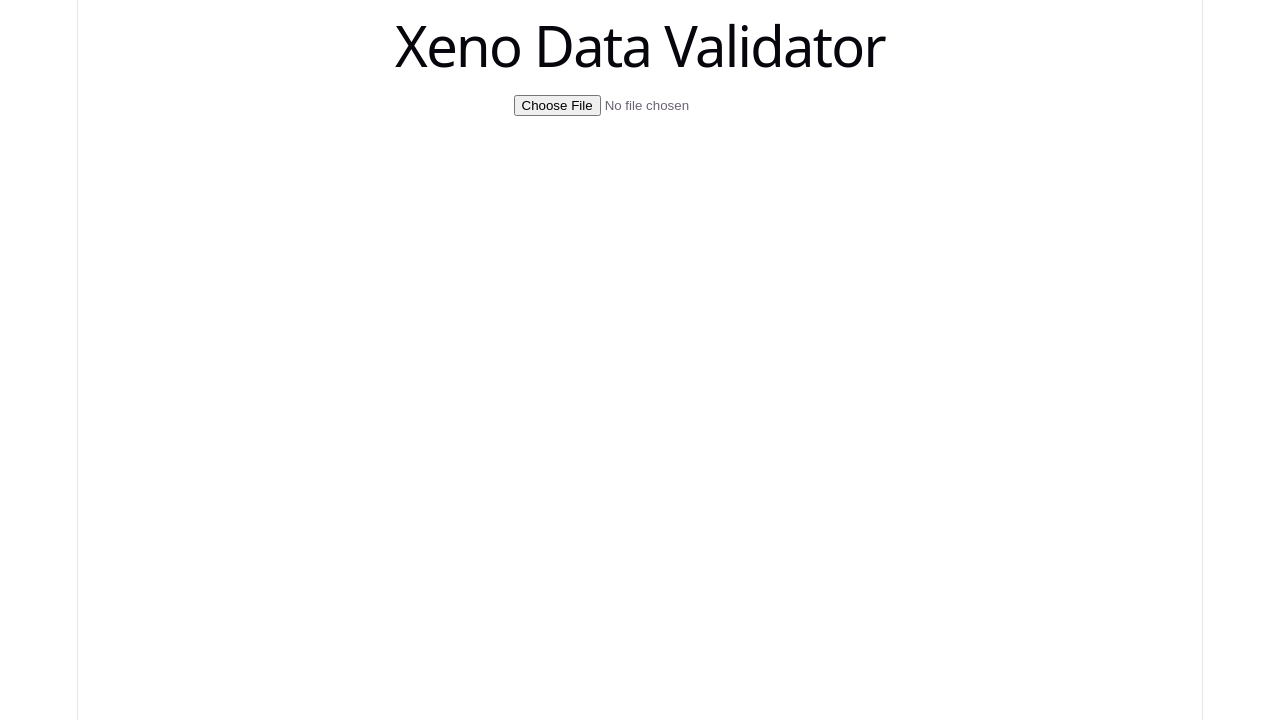
Repository: Aartigarg446/xeno-data-validator
Page: / (app in frontend/)
These files come from the project's save history. The page is drawn as it stood at one moment and after the next save; the edit follows.
The browser window is 1280 px wide. The pictures show the whole page.
The project was rebuilt for these pictures with package versions that can differ from the ones it lists, and the page was loaded fresh each time. Also part of the build but not shown: frontend/vite.config.js.

Above is the page before, as saved 2026-06-17 12:14:35.

After the next save:
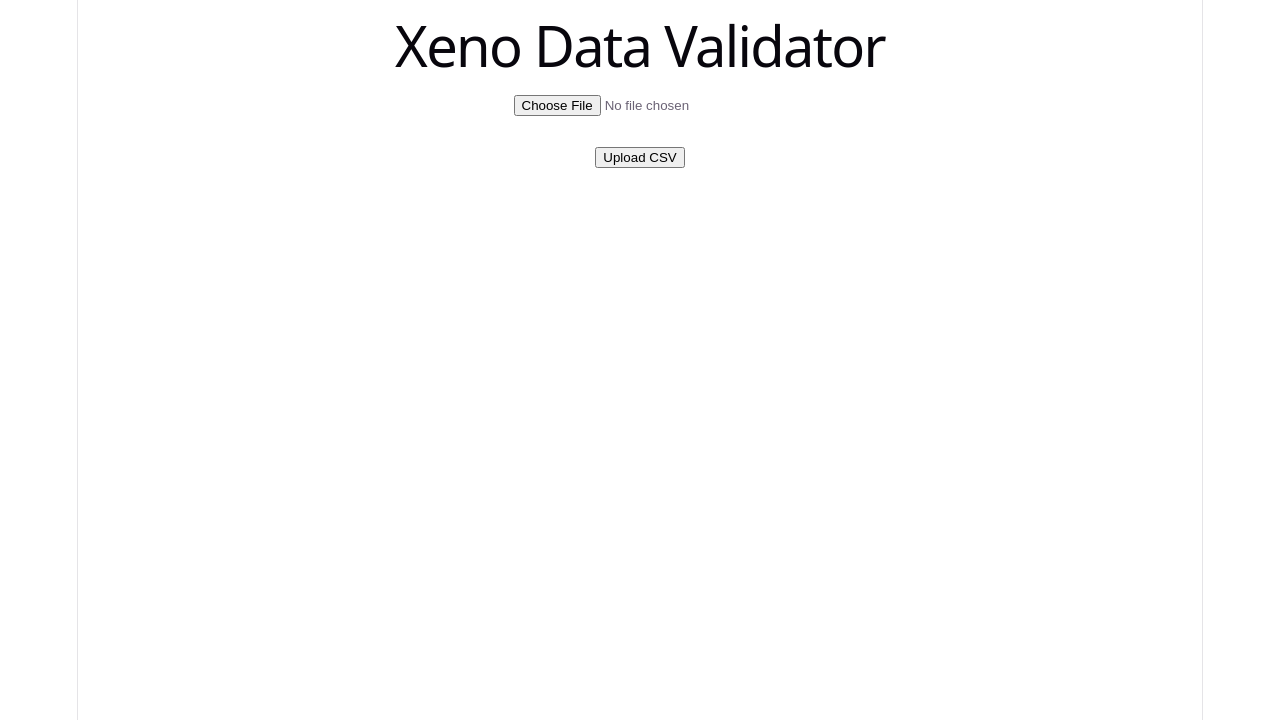
Saved 116 s later.
--- a/frontend/src/App.jsx
+++ b/frontend/src/App.jsx
@@ -14,6 +14,12 @@
         accept=".csv"
         onChange={(e) => setFile(e.target.files[0])}
       />
+      <br />
+<br />
+
+<button>
+  Upload CSV
+</button>
 
     </div>
   );
